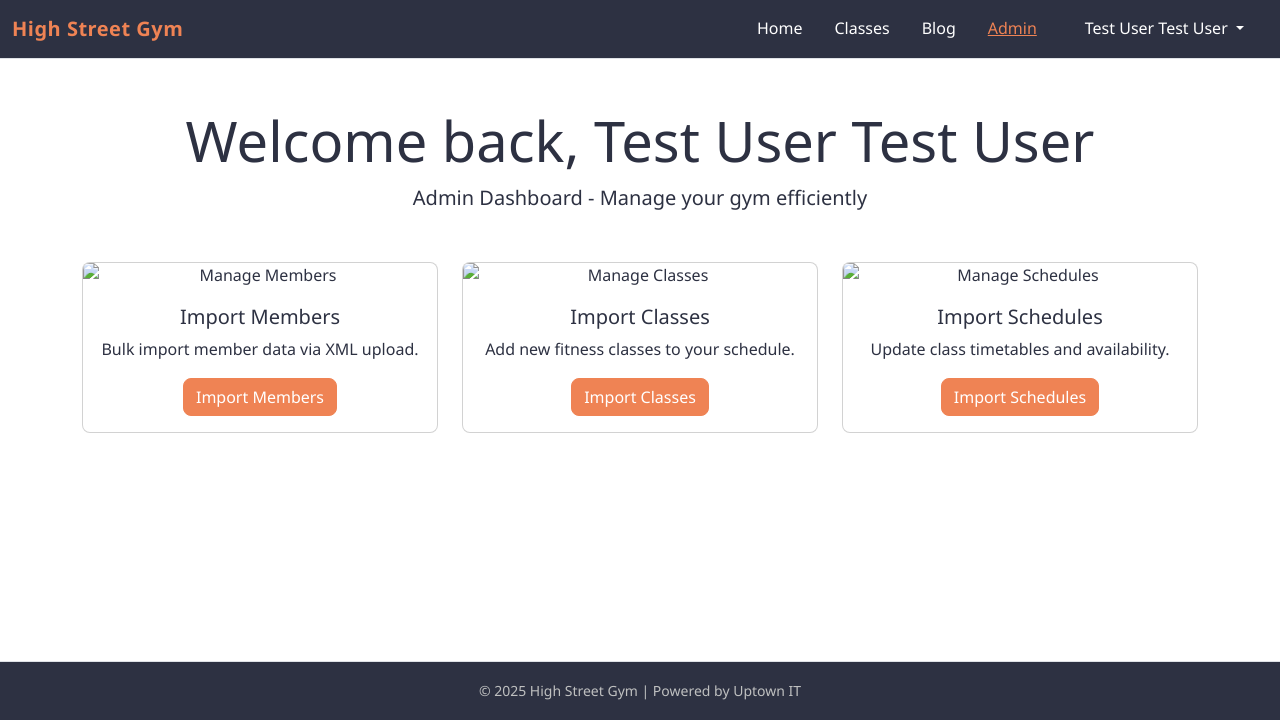
Repository: HBDSolutions/highstreetgym
Page: http://localhost/highstreetgym/controllers/content/admin_controller.php
An editor plug-in stored every save of this project. The page is shown before and after the next save, followed by the edit.
The browser window is 1280 px wide. The pictures show the whole page.
The page is run by PHP 8.4 with error messages shown; the project is at /var/www/html/. The session is filled in as if someone had signed in: {"user_id": 1, "user_email": "test@example.com", "first_name": "Test User", "last_name": "Test User", "user_type": "admin", "logged_in": true}. Other server files are loaded and not shown.

Above is the page before, as saved 2025-11-12 17:15:56.
Not found: highstreetgym/assets/img/classes-admin.jpg
Not found: highstreetgym/assets/img/members-admin.jpg
Not found: highstreetgym/assets/img/schedule-admin.jpg

### controllers/content/admin_controller.php
<?php
// ADMIN CONTROLLER
// PURPOSE: LOADS ADMIN HOME

declare(strict_types=1);

// Start session
if (session_status() === PHP_SESSION_NONE) { session_start(); }

require_once __DIR__ . '/../../models/database.php';
require_once __DIR__ . '/../../models/session.php';

require_permission('admin');

$currentUser = get_current_user_display();
$pageTitle   = 'Admin Home';
$contentView = __DIR__ . '/../../views/admin/dashboard.php';

require __DIR__ . '/../layouts/admin_layout.php';

### models/database.php
<?php

//database connection details
$servername = "localhost";
$username = "connect_hsg";
$password = "HighStreetGym1!";
$database = "highstreetgym";

//connect to the database
try {
	//connect to the database
	$conn = new PDO("mysql:host=$servername;dbname=$database", $username,	$password);
	//set the PDO error mode to exception
	$conn->setAttribute(PDO::ATTR_ERRMODE, PDO::ERRMODE_EXCEPTION);
}
catch (PDOException $e) {
    die("Database connection failed: " . $e->getMessage());
}

// FUNCTION TO GET DATABASE CONNECTION
function get_database_connection() {
    static $connection = null;

    if ($connection === null) {
        $servername = "localhost";
        $username = "connect_hsg";
        $password = "HighStreetGym1!";
        $database = "highstreetgym";

        try {
            $connection = new PDO("mysql:host=$servername;dbname=$database", $username, $password);
            $connection->setAttribute(PDO::ATTR_ERRMODE, PDO::ERRMODE_EXCEPTION);
        } catch (PDOException $e) {
            die("Database connection failed: " . $e->getMessage());
        }
    }

    return $connection;
}

?>

### models/session.php
<?php

// SESSION MANAGEMENT FUNCTIONS

// CHECK IF USER IS LOGGED IN

function is_user_logged_in() {
    return isset($_SESSION['logged_in']) && $_SESSION['logged_in'] === true;
}

// GET USER DATA

function get_current_user_display() {
    if (!is_user_logged_in()) {
        return [
            'is_logged_in' => false,
            'user_name' => 'Guest',
            'user_type' => null,
            'user_email' => null,
            'user_id' => null
        ];
    }

    // DERIVE FULL NAME
    $firstName = $_SESSION['first_name'] ?? '';
    $lastName = $_SESSION['last_name'] ?? '';
    $fullName = trim($firstName . ' ' . $lastName);

    // FALLBACK TO USER IF NO NAME
    if (empty($fullName)) {
        $fullName = 'User';
    }

    return [
        'is_logged_in' => true,
        'user_name' => $fullName,
        'user_type' => $_SESSION['user_type'] ?? 'member',
        'user_email' => $_SESSION['user_email'] ?? '',
        'user_id' => $_SESSION['user_id'] ?? null
    ];
}

// CHECK USER PERMISSION

function user_has_permission($requiredType) {
    if (!is_user_logged_in()) {
        return false;
    }

    $userType = $_SESSION['user_type'] ?? 'member';

    // ADMINS HAVE ALL PERMISSIONS
    if ($userType === 'admin') {
        return true;
    }

    // CHECK SPECIFIC PERMISSION
    return $userType === $requiredType;
}

// REQUIRE LOGIN

function require_login($redirectAfterLogin = '') {
    if (!is_user_logged_in()) {
        $redirect = $redirectAfterLogin ?: $_SERVER['REQUEST_URI'];
        header('Location: controllers/auth/login_controller.php?msg=login_required&redirect=' . urlencode($redirect));
        exit;
    }
}

// REQUIRE SPECIFIC USER TYPE

function require_permission($requiredType) {
    require_login();

    if (!user_has_permission($requiredType)) {
        $_SESSION['error_message'] = 'You do not have permission to access this page.';
        header('Location: /highstreetgym/index.php');
        exit;
    }
}
?>

### controllers/layouts/admin_layout.php
<?php
// ADMIN LAYOUT CONTROLLER

// INCLUDE BASE LAYOUT
require_once __DIR__ . '/base_layout.php';

$title = isset($pageTitle) ? ($pageTitle . ' - High Street Gym') : 'High Street Gym';
if (!isset($contentView)) {
    $contentView = __DIR__ . '/../../views/admin/dashboard.php';
}

validate_layout_requirements($title, $contentView);

require __DIR__ . '/../../views/layouts/admin.php';

### controllers/layouts/base_layout.php
<?php
// BASE LAYOUT BOOTSTRAP

function init_base_layout(): array {
    if (session_status() === PHP_SESSION_NONE) {
        session_start();
    }

    // INCLUDE MODELS FOR LAYOUT STATE
    require_once __DIR__ . '/../../models/session.php';
    require_once __DIR__ . '/../../models/navigation.php';

    // CURRENT USER SNAPSHOT
    $currentUser = get_current_user_display();

    // ROLE FLAGS
    $isLoggedIn = (bool)($currentUser['is_logged_in'] ?? false);
    $isAdmin    = (($currentUser['user_type'] ?? 'guest') === 'admin');

    // NAV FLAGS
    $showMemberMenu = $isLoggedIn && !$isAdmin;
    $showAdminMenu  = $isAdmin;

    // BODY CLASS
    $bodyClass = $isAdmin ? 'admin-layout' : ($isLoggedIn ? 'member-layout' : 'public-layout');

    // CURRENT PATH
    $currentPath = parse_url($_SERVER['REQUEST_URI'] ?? '/', PHP_URL_PATH) ?? '/';

    return compact('currentUser','isLoggedIn','isAdmin','showMemberMenu','showAdminMenu','bodyClass','currentPath');
}

// VALIDATE REQUIRED VIEW VARIABLES
function validate_layout_requirements($pageTitle, $contentView): void {
    if (empty($pageTitle)) {
        die('Error: Content controller must define $pageTitle');
    }
    if (empty($contentView) || !file_exists($contentView)) {
        die('Error: Content controller must define valid $contentView');
    }
}

### views/layouts/admin.php
<?php
// ADMIN LAYOUT VIEW

$layoutClass = 'admin-layout';
include __DIR__ . '/base.php';

### views/layouts/base.php
<?php
// BASE LAYOUT VIEW
require_once __DIR__ . '/../../models/session.php';
require_once __DIR__ . '/../../models/navigation.php';

// PAGE VARS (TITLE + CONTENT)
$title       = $title       ?? ($pageTitle ?? 'High Street Gym');
$contentView = $contentView ?? '';

// NAV VARS FOR PARTIAL
$navVars = get_navigation_data();
?>

<!DOCTYPE html>

<html lang="en">

<head>
  <meta charset="utf-8">
  <meta name="viewport" content="width=device-width, initial-scale=1">
  <title><?= htmlspecialchars($title) ?></title>
  <link href="https://cdn.jsdelivr.net/npm/bootstrap@5.3.0/dist/css/bootstrap.min.css" rel="stylesheet">
  <link rel="stylesheet" href="/highstreetgym/assets/css/style.css">
</head>

<body class="d-flex flex-column min-vh-100">
  <header>
    <?php include __DIR__ . '/../partials/nav.php'; ?>
  </header>

  <main class="flex-grow-1">
    <?php
      // CONTENT VIEW INCLUDE
      if ($contentView && file_exists($contentView)) {
        require $contentView;
      } else {
        echo '<div class="container my-5 text-danger">CONTENT MISSING</div>';
      }
    ?>
  </main>

  <?php include __DIR__ . '/../partials/footer.php'; ?>

  <script src="https://cdn.jsdelivr.net/npm/bootstrap@5.3.0/dist/js/bootstrap.bundle.min.js"></script>
</body>
</html>

### models/navigation.php
<?php
// NAVIGATION MODEL
// PURPOSE: PROVIDES NAV STATE + ACTIVE-LINK HELPERS FOR VIEWS

// GET NAVIGATION DATA FOR VIEWS
function get_navigation_data(): array {
    if (session_status() === PHP_SESSION_NONE) {
        session_start();
    }

    // READ SESSION
    $isLoggedIn = !empty($_SESSION['logged_in']);
    $userType   = $isLoggedIn ? ($_SESSION['user_type'] ?? 'member') : 'guest';
    $userName   = $isLoggedIn
        ? trim(($_SESSION['first_name'] ?? '').' '.($_SESSION['last_name'] ?? ''))
        : 'Account';

    // FLAGS
    $isAdmin        = ($userType === 'admin');
    $showMemberMenu = $isLoggedIn;
    $showAdminMenu  = $isAdmin;

    // PATH FOR ACTIVE LINK
    $currentPath = parse_url($_SERVER['REQUEST_URI'] ?? '/', PHP_URL_PATH) ?: '/';

    // RETURN STRUCT
    return [
        'currentUser'    => ['user_name' => $userName, 'user_type' => $userType],
        'isLoggedIn'     => $isLoggedIn,
        'isAdmin'        => $isAdmin,
        'showMemberMenu' => $showMemberMenu,
        'showAdminMenu'  => $showAdminMenu,
        'currentPath'    => $currentPath,
    ];
}

// ACTIVE-LINK CHECK USING EXPLICIT PATH
function is_navigation_active(string $needle, string $currentPath): string {
    return str_ends_with($currentPath, $needle) ? 'active' : '';
}

// CANONICAL HELPER CALLED BY VIEWS/PARTIALS
if (!function_exists('nav_active')) {
    function nav_active(string $needle, ?string $currentPath = null): string {
        $path = $currentPath ?? (parse_url($_SERVER['REQUEST_URI'] ?? '/', PHP_URL_PATH) ?: '/');
        return (str_ends_with($path, $needle)) ? 'active' : '';
    }
}

### views/partials/nav.php
<?php
// NAV PARTIAL: USES VARS FROM LAYOUT SHELL ONLY

// INPUTS
$currentUser    = $navVars['currentUser']    ?? [];
$isLoggedIn     = (bool)($navVars['isLoggedIn']     ?? false);
$isAdmin        = (bool)($navVars['isAdmin']        ?? false);
$showMemberMenu = (bool)($navVars['showMemberMenu'] ?? false);
$showAdminMenu  = (bool)($navVars['showAdminMenu']  ?? false);
$currentPath    = $navVars['currentPath']    ?? '/';
$userName       = $currentUser['user_name']  ?? 'Account';

// ACTIVE-LINK HELPER
if (!function_exists('a')) {
    function a($needle){ return nav_active($needle); }
}
?>

<nav class="navbar navbar-expand-lg navbar-dark bg-dark border-bottom">
  <div class="container-fluid">
    <!-- BRAND (LEFT) -->
    <a class="navbar-brand" href="/highstreetgym/controllers/content/home_controller.php">High Street Gym</a>

    <button class="navbar-toggler" type="button" data-bs-toggle="collapse" data-bs-target="#mainNav"
            aria-controls="mainNav" aria-expanded="false" aria-label="Toggle navigation">
      <span class="navbar-toggler-icon"></span>
    </button>

    <div class="collapse navbar-collapse" id="mainNav">
      <div class="ms-auto d-flex align-items-center">
        <!-- MAIN LINKS -->
        <ul class="navbar-nav me-3 mb-2 mb-lg-0">
          <li class="nav-item">
            <a class="nav-link <?= a('home_controller.php') ?>"
               href="/highstreetgym/controllers/content/home_controller.php">Home</a>
          </li>
          <li class="nav-item">
            <a class="nav-link <?= a('classes_controller.php') ?>"
               href="/highstreetgym/controllers/content/classes_controller.php">Classes</a>
          </li>
          <li class="nav-item">
            <a class="nav-link <?= a('blog_controller.php') ?>"
               href="/highstreetgym/controllers/content/blog_controller.php">Blog</a>
          </li>

          <?php if ($showAdminMenu): ?>
          <li class="nav-item">
            <a class="nav-link <?= a('admin_controller.php') ?>"
               href="/highstreetgym/controllers/content/admin_controller.php">Admin</a>
          </li>
          <?php endif; ?>
        </ul>

        <!-- AUTH -->
        <ul class="navbar-nav">
          <?php if (!$showMemberMenu): ?>
            <li class="nav-item">
              <a class="nav-link <?= a('login_controller.php') ?>"
                 href="/highstreetgym/controllers/auth/login_controller.php">Login</a>
            </li>
            <li class="nav-item">
              <a class="nav-link <?= a('register_controller.php') ?>"
                 href="/highstreetgym/controllers/auth/register_controller.php">Register</a>
            </li>
          <?php else: ?>
            <li class="nav-item dropdown">
              <a class="nav-link dropdown-toggle" href="#" role="button" data-bs-toggle="dropdown" aria-expanded="false">
                <?= htmlspecialchars($userName) ?>
              </a>
              <ul class="dropdown-menu dropdown-menu-end">
                <?php if ($showMemberMenu && !$showAdminMenu): ?>
                  <li><a class="dropdown-item" href="/highstreetgym/controllers/content/bookings_controller.php">My Bookings</a></li>
                <?php endif; ?>
                <?php if ($showAdminMenu): ?>
                  <li><a class="dropdown-item" href="/highstreetgym/controllers/content/admin_controller.php">Admin Home</a></li>
                <?php endif; ?>
                <li><hr class="dropdown-divider"></li>
                <li><a class="dropdown-item" href="/highstreetgym/controllers/auth/logout_controller.php">Logout</a></li>
              </ul>
            </li>
          <?php endif; ?>
        </ul>
      </div>
    </div>
  </div>
</nav>

### views/admin/dashboard.php
<?php
// ADMIN HOME VIEW
// PURPOSE: PROVIDES ADMIN LANDING PAGE WITH IMPORT LINKS
?>

<!-- SKIP LINK FOR ACCESSIBILITY -->
<a class="skip-link" href="#main">Skip to content</a>

<!-- ADMIN HOME CONTENT -->
<section class="container my-5">

    <header class="text-center mb-5">
        <h1 class="display-4">Welcome back, <?= htmlspecialchars($currentUser['user_name']) ?></h1>
        <p class="lead">Admin Dashboard - Manage your gym efficiently</p>
    </header>

    <section class="row g-4 mb-5">
        <article class="col-md-4">
            <div class="card h-100 text-center">
                <img src="/highstreetgym/assets/img/members-admin.jpg" class="card-img-top" alt="Manage Members">
                <div class="card-body">
                    <h2 class="h5">Import Members</h2>
                    <p>Bulk import member data via XML upload.</p>
                    <a href="/highstreetgym/controllers/content/xml_import_controller.php?type=members"
                       class="btn btn-primary">Import Members</a>
                </div>
            </div>
        </article>

        <article class="col-md-4">
            <div class="card h-100 text-center">
                <img src="/highstreetgym/assets/img/classes-admin.jpg" class="card-img-top" alt="Manage Classes">
                <div class="card-body">
                    <h2 class="h5">Import Classes</h2>
                    <p>Add new fitness classes to your schedule.</p>
                    <a href="/highstreetgym/controllers/content/xml_import_controller.php?type=classes"
                       class="btn btn-primary">Import Classes</a>
                </div>
            </div>
        </article>

        <article class="col-md-4">
            <div class="card h-100 text-center">
                <img src="/highstreetgym/assets/img/schedule-admin.jpg" class="card-img-top" alt="Manage Schedules">
                <div class="card-body">
                    <h2 class="h5">Import Schedules</h2>
                    <p>Update class timetables and availability.</p>
                    <a href="/highstreetgym/controllers/content/xml_import_controller.php?type=schedules"
                       class="btn btn-primary">Import Schedules</a>
                </div>
            </div>
        </article>
    </section>

</section>

### views/partials/footer.php
<?php
// FOOTER PARTIAL
?>
<footer class="mt-auto text-center text-muted py-3 border-top">
  <small>&copy; <?= date('Y') ?> High Street Gym | Powered by Uptown IT</small>
</footer>

### assets/css/style.css
/* === High Street Gym Custom Theme === */
:root {
  /* Base brand palette */
  --hsg-primary:   #EF8354;
  --hsg-secondary: #4F5D75;
  --hsg-muted:     #BFC0C0;
  --hsg-dark:      #2D3142;
  --hsg-light:     #FFFFFF;

  /* Bootstrap variable overrides */
  --bs-body-bg: var(--hsg-light);
  --bs-body-color: var(--hsg-dark);
  --bs-primary: var(--hsg-primary);
  --bs-secondary: var(--hsg-secondary);
  --bs-success: #2ECC71;
  --bs-danger:  #E74C3C;
  --bs-warning: #F1C40F;
  --bs-info:    #3498DB;
  --bs-border-radius: .5rem;
  --bs-font-sans-serif: "Segoe UI", Roboto, "Helvetica Neue", Arial, sans-serif;
}

/* === Global layout === */
body {
  background-color: var(--bs-body-bg);
  color: var(--bs-body-color);
  line-height: 1.6;
}

h1, h2, h3, h4 {
  font-weight: 600;
  color: var(--hsg-dark);
}

/* === Navbar === */
.navbar {
  background-color: var(--hsg-dark) !important;
}
.navbar .navbar-brand {
  color: var(--hsg-primary) !important;
  font-weight: 700;
  letter-spacing: .5px;
}
.navbar .nav-link {
  color: var(--hsg-light) !important;
  margin-right: 1rem;
  transition: color .2s ease-in-out;
}
.navbar .nav-link:hover,
.navbar .nav-link.active {
  color: var(--hsg-primary) !important;
  text-decoration: underline;
}

/* === Main container card === */
main.container {
  background: var(--hsg-light);
  padding: 2rem;
  border-radius: var(--bs-border-radius);
  box-shadow: 0 4px 12px rgba(0,0,0,0.08);
}

/* === Buttons === */
.btn-primary {
  background-color: var(--hsg-primary);
  border-color: var(--hsg-primary);
}
.btn-primary:hover {
  background-color: var(--hsg-secondary);
  border-color: var(--hsg-secondary);
}

/* TILE STYLES */
.tile {
  display: inline-block;
  width: 260px;
  height: 220px;
  margin: 1rem;
  background: var(--hsg-muted);
  color: var(--hsg-dark);
  border-radius: 0.5rem;
  text-align: center;
  vertical-align: top;
  transition: transform 0.2s ease;
}

.tile a {
  display: block;
  height: 100%;
  width: 100%;
  line-height: 220px;
  font-weight: 600;
  text-decoration: none;
  color: inherit;
}

.tile:hover,
.tile a:focus-visible {
  transform: translateY(-3px);
  outline: none;
}

/* ACCESSIBLE SKIP LINK */
.skip-link { position: absolute; left: -9999px; top: auto; width: 1px; height: 1px; overflow: hidden; }
.skip-link:focus { position: static; width: auto; height: auto; margin: 0.5rem; }

/* SIMPLE LAYOUT FOR THE TILE SECTION (uses your tokens only) */
section[aria-label="Admin Imports"] {
  display: flex;
  flex-wrap: wrap;
  gap: 1rem;
  align-items: stretch;
  margin: 1rem 0 2rem;
}

/* SMALL-SCREEN TWEAK (optional) */
@media (max-width: 576px) {
  .tile { width: 100%; height: 180px; line-height: normal; }
  .tile a { line-height: 180px; }
}

/* === Tables === */
.table {
  color: var(--hsg-dark);
  border-color: var(--hsg-muted);
}
.table thead {
  background-color: var(--hsg-secondary);
  color: var(--hsg-light);
}
.table-striped tbody tr:nth-of-type(odd) {
  background-color: #f8f9fa;
}

/* === Footer === */
footer {
  background-color: var(--hsg-dark);
  color: var(--hsg-light);
  text-align: center;
  padding: 1rem 0;
}
footer small {
  color: var(--hsg-muted);
}

/* === Utility tweaks === */
a { color: var(--hsg-primary); }
a:hover { color: var(--hsg-secondary); }

.list-group-item {
  border: none;
  border-bottom: 1px solid var(--hsg-muted);
}

After the next save:
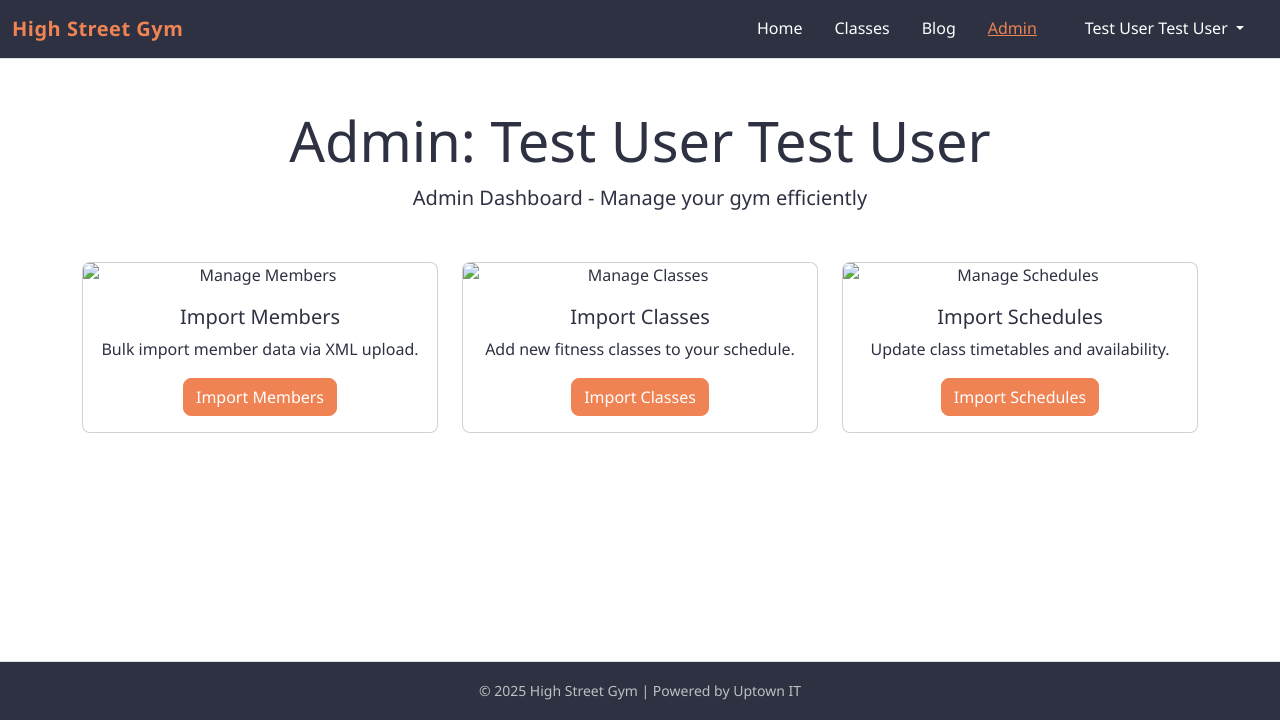
Saved 78 s later.
--- a/views/admin/dashboard.php
+++ b/views/admin/dashboard.php
@@ -10,7 +10,7 @@
 <section class="container my-5">
 
     <header class="text-center mb-5">
-        <h1 class="display-4">Welcome back, <?= htmlspecialchars($currentUser['user_name']) ?></h1>
+        <h1 class="display-4">Admin: <?= htmlspecialchars($currentUser['user_name']) ?></h1>
         <p class="lead">Admin Dashboard - Manage your gym efficiently</p>
     </header>
 
